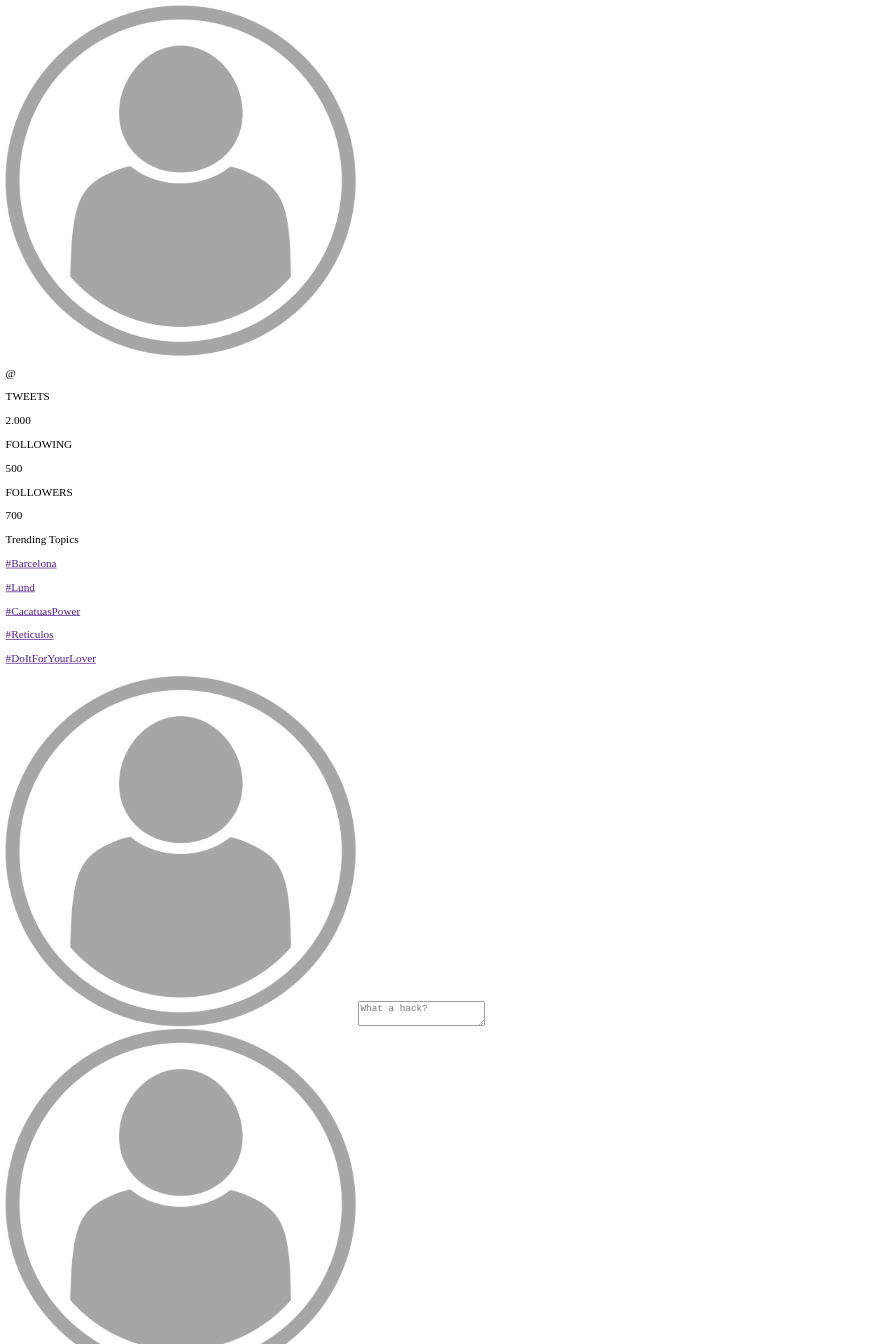
Repository: mgm793/EPAW
Page: http://localhost/Twitter/Time.jsp
An editor plug-in stored every save of this project. The page is shown before and after the next save, followed by the edit.
The browser window is 1280 px wide. The pictures show the part of the page from y = 0 to 1920 px (the page is 3806 px tall), at 70% of full size.
The page is served by Tomcat 9. Other server files are loaded and not shown.

Above is the page before, as saved 2017-06-07 13:54:24.

### Twitter/WebContent/Time.jsp
<div class="bodyLeft">
	<div class="profileSide">
		<div class ="profileInfo">
			<div class="head"></div>
			<div class="info">
				<img src="imgs/logo_user.png" alt="icon">
				<div class="name">
				<p><b>${sessionScope.user}</b></p>
				<p class="clickable" onclick="goProfile('${sessionScope.user}')">@${sessionScope.user}</p>
				</div>
			</div>
			<div class="stats">
			<div><p>TWEETS</p><p class="num">2.000</p></div>
			<div><p>FOLLOWING</p><p class="num">500</p></div>
			<div><p>FOLLOWERS</p><p class="num">700</p></div>
			</div>
		</div>
	</div>
	<div class="TTSide">
		<div class ="TTcontent">
			<p class="title">Trending Topics</p>
			<a href=""><p class="hashtag">#Barcelona</p></a>
			<a href=""><p class="hashtag">#Lund</p></a>
			<a href=""><p class="hashtag">#CacatuasPower</p></a>
			<a href=""><p class="hashtag">#Reticulos</p></a>
			<a href=""><p class="hashtag">#DoItForYourLover</p></a>
		</div>
	</div>
</div>
<div class="bodyCenter">
	<p class="type" style="display: none"> Timeline </p>
	<div class="input">
		<img src="imgs/logo_user.png" alt="img">
		<textarea id="inputTweet" maxlength="140" placeholder="What a hack?"></textarea>
	</div>
	<div class="tweets">
		<div class="tweet">
			<img src="imgs/logo_user.png" alt="img">
			<p class="header">
				<span class="bold">Mullon</span>
				<span class="grey">@mgm793</span>
				<span class="grey"> · </span>
				<span class="grey">3 abr.</span>
			</p>
			<p class="bodytweet">
				Lorem ipsum dolor sit amet, consectetuer adipiscing elit. Aenean commodo ligula eget dolor. Aenean massa. Cum sociis natoque penatibus et ma
			</p>
			<div class="options">
				<i class="material-icons" id="reply">reply</i>
				<i class="material-icons" id="retuit">repeat</i>
				<i class="material-icons" id="fav">favorite</i><p id="numFav">5</p>
			</div>
		</div>

	</div>
</div>
<div class="bodyRight">
	<div class="usersSide">
		<div class ="usersInfo">
			<p class="title">MVP Users</p>
			<div class="userBlock">
				<a href="">
					<img alt="user image" src="imgs/logo_user.png">
					<div class="info">
						<p class="user">@mgm793</p>
					</div>
				</a>
			</div>
			<div class="userBlock">
				<a href="">
					<img alt="user image" src="imgs/logo_user.png">
					<div class="info">
						<p class="user">@mgm793</p>
					</div>
				</a>
			</div>
			<div class="userBlock">
				<a href="">
					<img alt="user image" src="imgs/logo_user.png">
					<div class="info">
						<p class="user">@mgm793</p>
					</div>
				</a>
			</div>
		</div>
	</div>
</div>

After the next save:
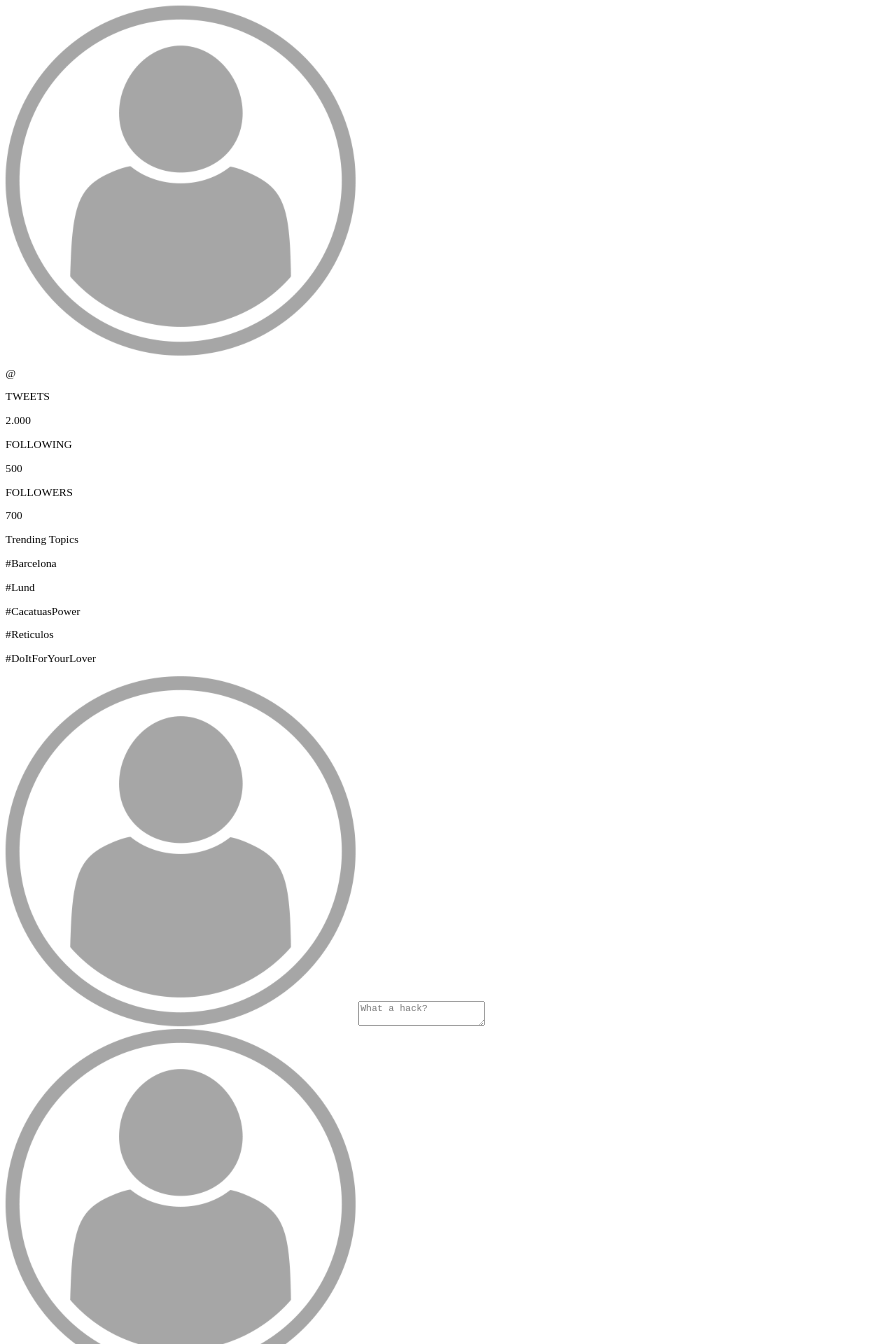
Saved 3 min 56 s later.
--- a/Twitter/WebContent/Time.jsp
+++ b/Twitter/WebContent/Time.jsp
@@ -19,11 +19,11 @@
 	<div class="TTSide">
 		<div class ="TTcontent">
 			<p class="title">Trending Topics</p>
-			<a href=""><p class="hashtag">#Barcelona</p></a>
-			<a href=""><p class="hashtag">#Lund</p></a>
-			<a href=""><p class="hashtag">#CacatuasPower</p></a>
-			<a href=""><p class="hashtag">#Reticulos</p></a>
-			<a href=""><p class="hashtag">#DoItForYourLover</p></a>
+			<p class="hashtag clickable">#Barcelona</p>
+			<p class="hashtag clickable">#Lund</p>
+			<p class="hashtag clickable">#CacatuasPower</p>
+			<p class="hashtag clickable">#Reticulos</p>
+			<p class="hashtag clickable">#DoItForYourLover</p>
 		</div>
 	</div>
 </div>
